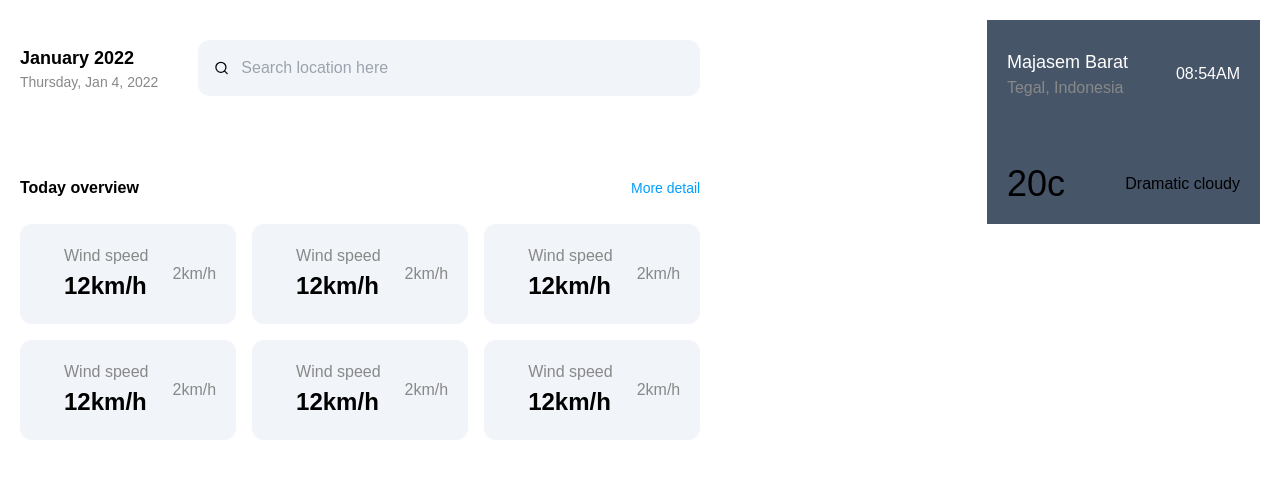
Repository: theweirdboiz/datawarehouse-ui
Page: /
The author's editor kept a copy of each file at every save. The page is drawn from the files as they stood at one save, then again after the next save.
The browser window is 1280 px wide. The pictures show the whole page.
The project was rebuilt for these pictures with package versions that can differ from the ones it lists, and the page was loaded fresh each time. Also part of the build but not shown: vite.config.js.

Above is the page before, as saved 2022-11-23 16:42:45.

After the next save:
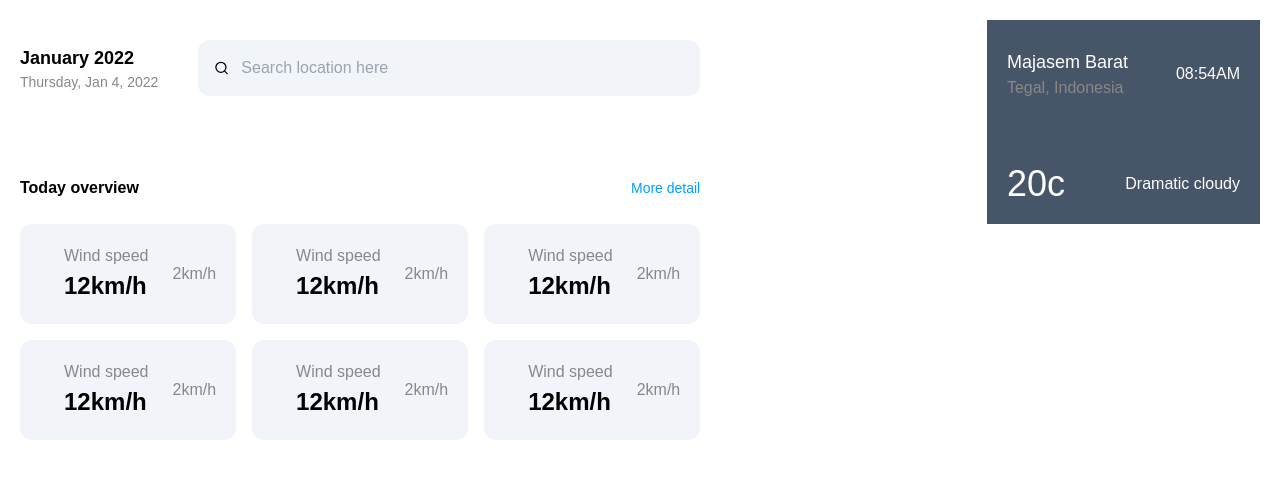
Saved 12 s later.
--- a/src/App.jsx
+++ b/src/App.jsx
@@ -90,9 +90,9 @@ function App() {
             </div>
           </div>
         </section>
-        <section className="content__right">
+        <section className="content__right text-white">
           <div className="bg-slate-600 p-5">
-            <div className="flex items-center gap-x-12 justify-between mt-2 mb-5 text-white">
+            <div className="flex items-center gap-x-12 justify-between mt-2 mb-5 ">
               <div className="flex flex-col">
                 <h3 className="text-lg">Majasem Barat</h3>
                 <span className="text-[#888]">Tegal, Indonesia</span>
